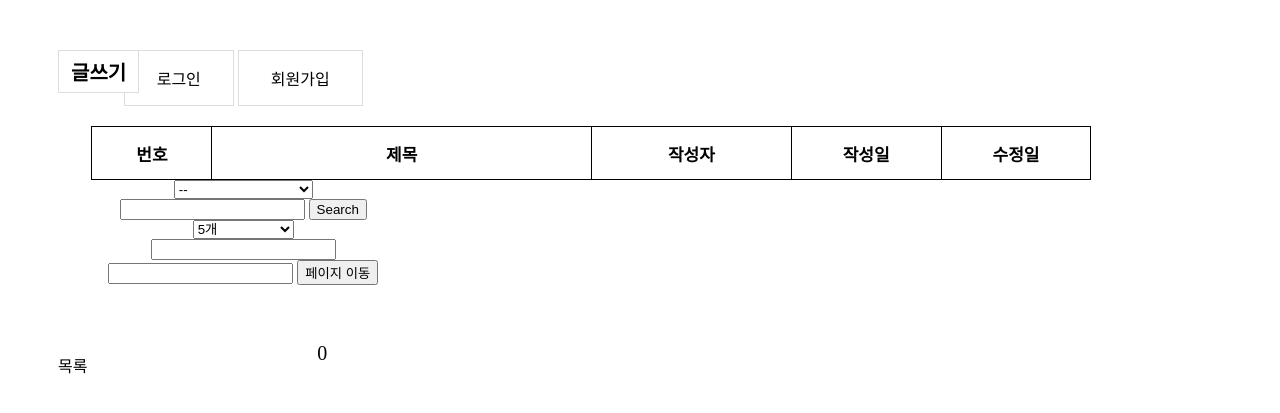
Repository: Shim-YoungDo/gaea-study
Page: http://localhost/study/WEB-INF/views/board/list.jsp
These files come from the project's save history. The page is drawn as it stood at one moment and after the next save; the edit follows.
The browser window is 1280 px wide. The pictures show the whole page.
The page is served by Tomcat 9. Nobody is signed in. The template is opened directly, without the code that normally fills it, so the values that code supplies are empty.

Above is the page before, as saved 2021-12-08 05:16:10.

After the next save:
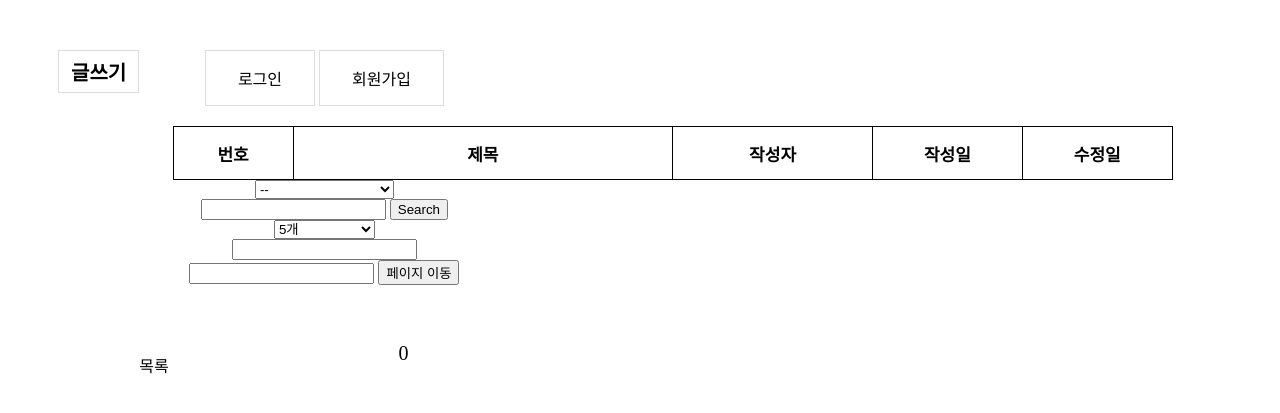
Saved 75 s later.
--- a/study/src/main/webapp/resources/css/board/list.css
+++ b/study/src/main/webapp/resources/css/board/list.css
@@ -34,7 +34,7 @@ a{
   	width: 15%;
   }
   .enroll_btn{
-    position:absolute;
+    float:left;
   	font-size: 20px;
     padding: 6px 12px;
     background-color: #fff;
